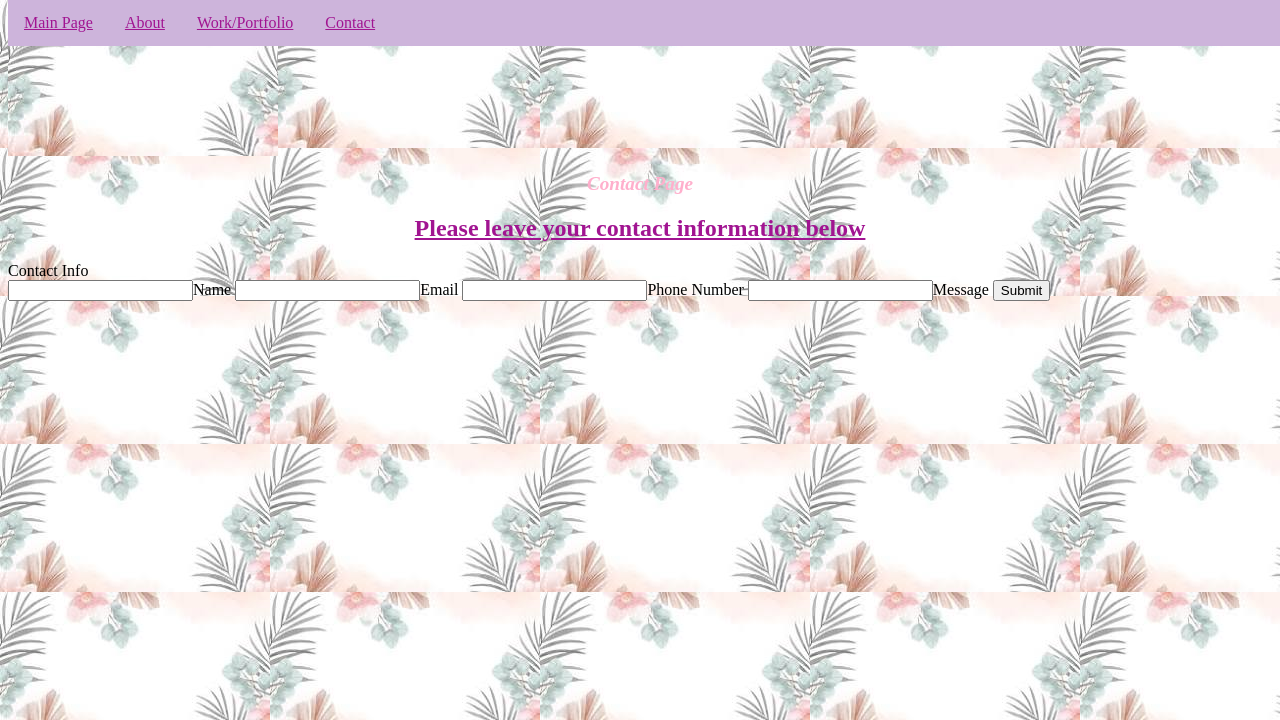
Repository: MelindaN14/My-Personal-Website
Page: contact.html
The author's editor kept a copy of each file at every save. The page is drawn from the files as they stood at one save, then again after a run of saves.
The browser window is 1280 px wide. The pictures show the whole page.

Above is the page before, as saved 2024-03-25 22:24:43.

After the next 2 saves:
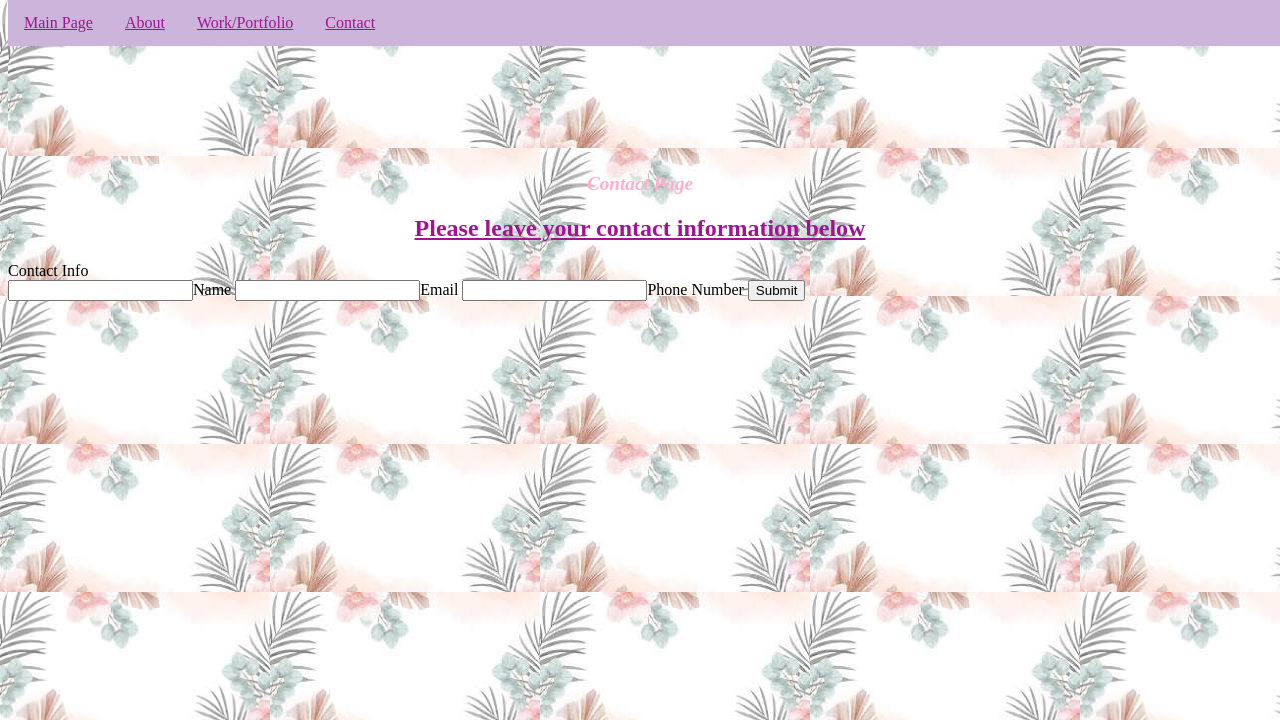
The 2 saves are shown as one change because they came seconds apart.
The last was saved 60 s later.
--- a/contact.html
+++ b/contact.html
@@ -30,7 +30,6 @@
       <input type="text" name="" id="">Name</input>
       <input type="text" name="" id="">Email</input>
       <input type="text" name="" id="">Phone Number</input>
-      <input type="text" name="" id="">Message</input>
       <input type="submit" name="https://google.com" id=""></input>
     </form>
   </body>
